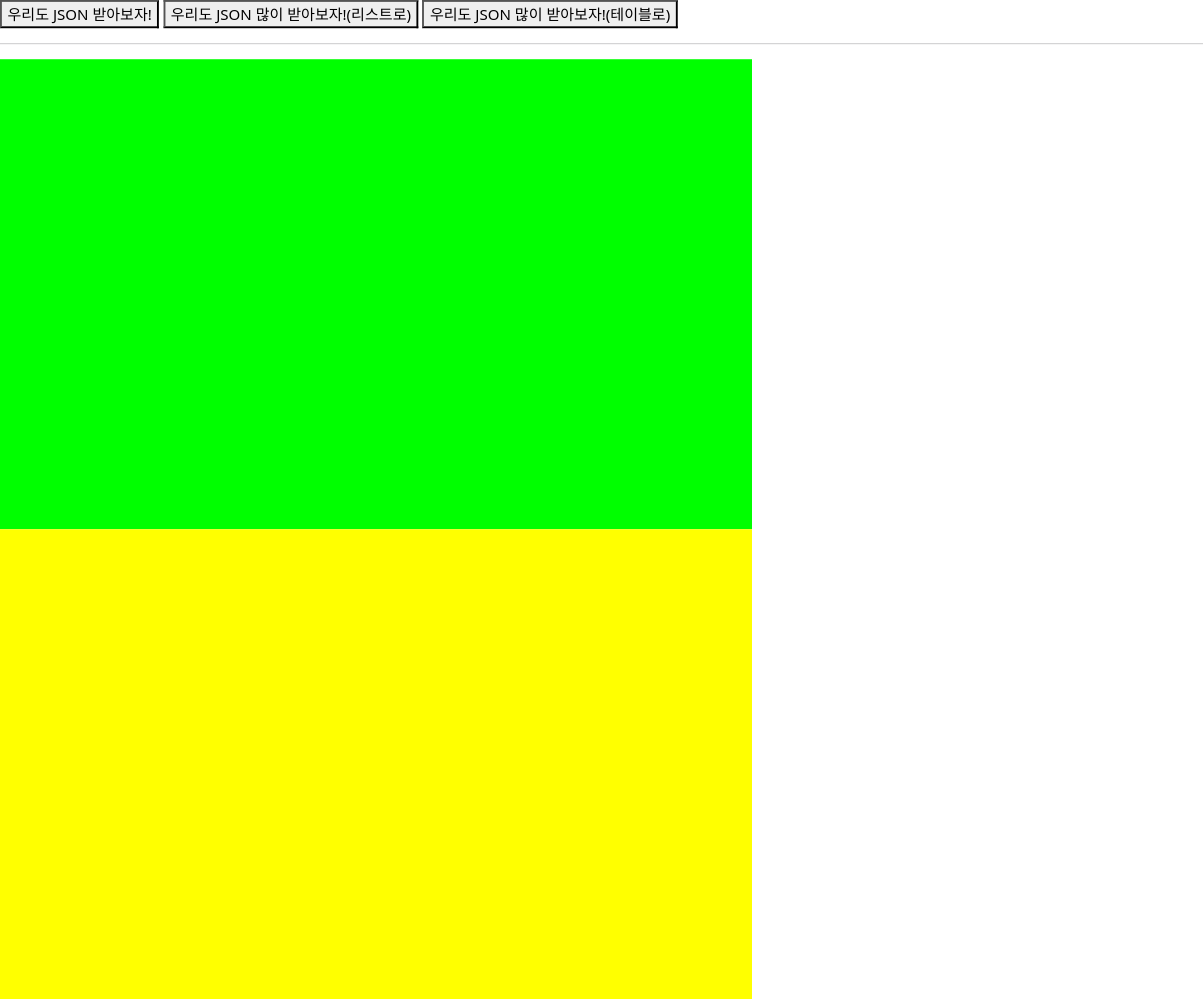
Repository: JayMon0327/Multicampus
Page: http://localhost/spring03/rest3.jsp
The author's editor kept a copy of each file at every save. The page is drawn from the files as they stood at one save, then again after the next save.
The browser window is 1280 px wide. The pictures show the whole page, at 94% of full size.
The page is served by Tomcat 9. Nobody is signed in. The application's start-up code is not run.

Above is the page before, as saved 2022-12-09 01:43:13.

After the next save:
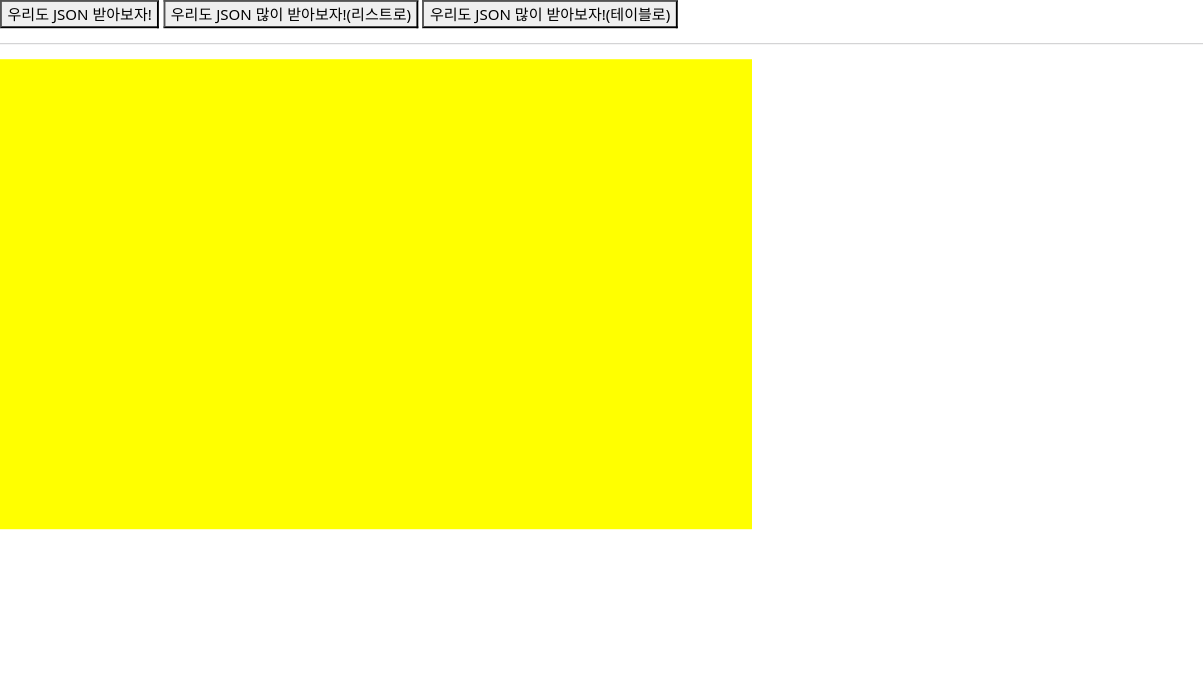
Saved 16 s later.
--- a/spring03/src/main/webapp/rest3.jsp
+++ b/spring03/src/main/webapp/rest3.jsp
@@ -78,7 +78,7 @@
 <button id="b2">우리도 JSON 많이 받아보자!(리스트로)</button>
 <button id="b3">우리도 JSON 많이 받아보자!(테이블로)</button>
 <hr>
-<div id="d2" style="background: lime; width: 800px; height: 500px;"></div>
+<div id="d2"></div>
 <div id="d1" style="background: yellow; width: 800px; height: 500px;"></div>
 </body>
 </html>
